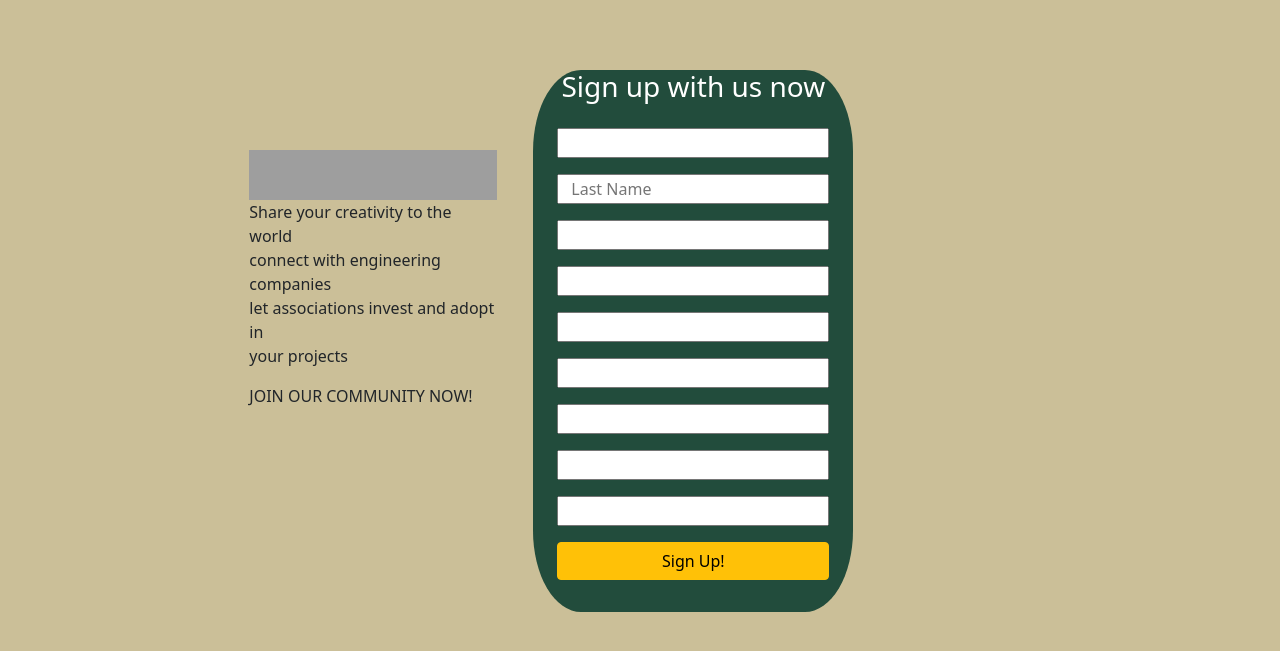
Repository: ahmadjamal-1997/Project-Taqadam
Page: http://localhost/Taqadam/WEB-INF/registrationstudent.jsp
The author's editor kept a copy of each file at every save. The page is drawn from the files as they stood at one save, then again after the next save.
The browser window is 1280 px wide. The pictures show the whole page.
Pictures or frames that could not be fetched are drawn as grey boxes. The page is served by Tomcat 9. Nobody is signed in. The template is opened directly, without the code that normally fills it, so the values that code supplies are empty.

Above is the page before, as saved 2022-03-31 08:43:16.

After the next save:
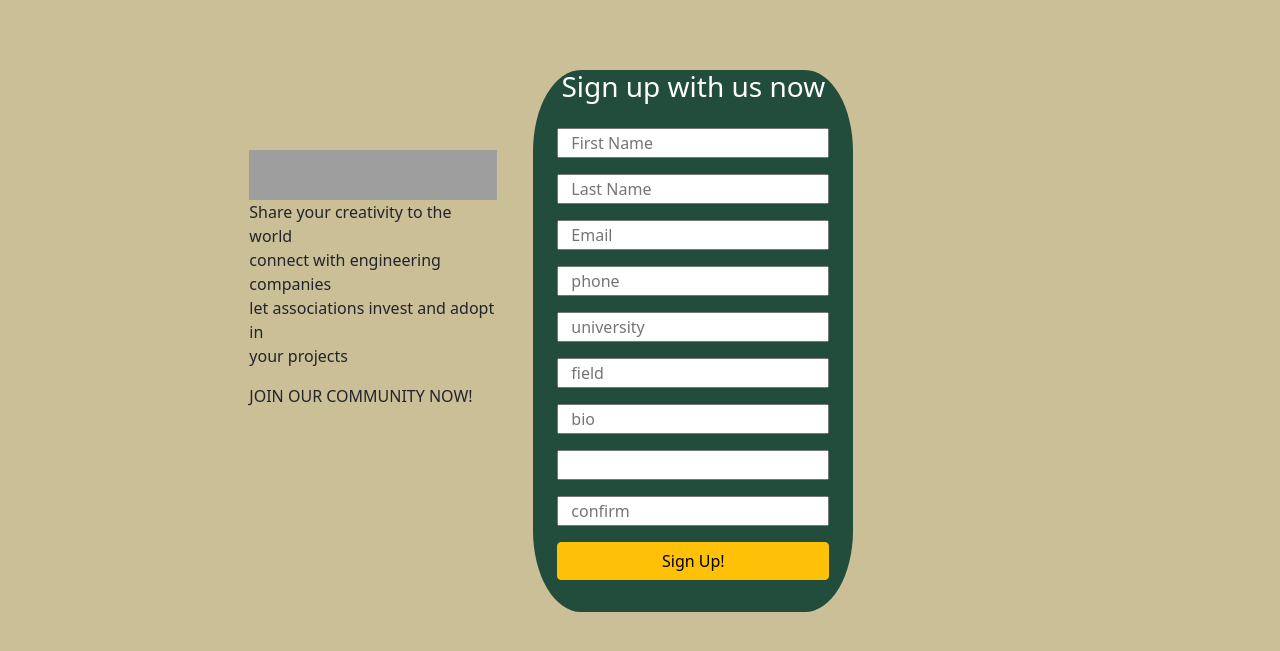
Saved 62 s later.
--- a/Taqadam-new/Taqadam-java/Taqadam-new/Taqadam/src/main/webapp/WEB-INF/registrationstudent.jsp
+++ b/Taqadam-new/Taqadam-java/Taqadam-new/Taqadam/src/main/webapp/WEB-INF/registrationstudent.jsp
@@ -56,7 +56,7 @@
 
                     <div class="row mb-3">
 
-                            <form:input palceholder="First Name" path="firstName"/>
+                            <form:input placeholder="First Name" path="firstName"/>
 
                     </div>
                     <div class="row mb-3">
@@ -66,27 +66,27 @@
                     </div>
                     <div class="row mb-3">
 
-                            <form:input palceholder="Email" path="email"/>
+                            <form:input placeholder="Email" path="email"/>
 
                     </div>
                     <div class="row mb-3">
 
-                            <form:input palceholder="phone" path="phone"/>
+                            <form:input placeholder="phone" path="phone"/>
 
                     </div>
                     <div class="row mb-3">
 
-                       <form:input palceholder="university" path="university"/>
+                       <form:input placeholder="university" path="university"/>
 
                     </div>
                     <div class="row mb-3">
 
-                        <form:input palceholder="field" path="field"/>
+                        <form:input placeholder="field" path="field"/>
 
                     </div>
                     <div class="row mb-3">
 
-                         <form:input palceholder="bio" path="bio"/>
+                         <form:input placeholder="bio" path="bio"/>
 
                     </div>
                     <div class="row mb-3">
@@ -96,7 +96,7 @@
                     </div>
                     <div class="row mb-3">
 
-                         <form:input palceholder="confirm" path="confirm"/>
+                         <form:input placeholder="confirm" path="confirm"/>
 
                     </div>
                     <div class="row mb-3">
